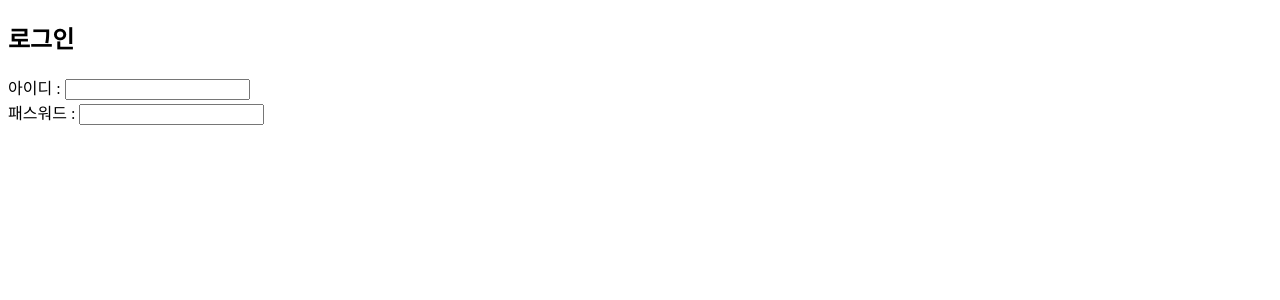
Repository: tnalss/studyWeb
Page: workspace/servlet01/src/main/webapp/WEB-INF/login_form.html
These files come from the project's save history. The page is drawn as it stood at one moment and after the next save; the edit follows.
The browser window is 1280 px wide. The pictures show the whole page.

Above is the page before, as saved 2022-11-10 02:37:02.

After the next save:
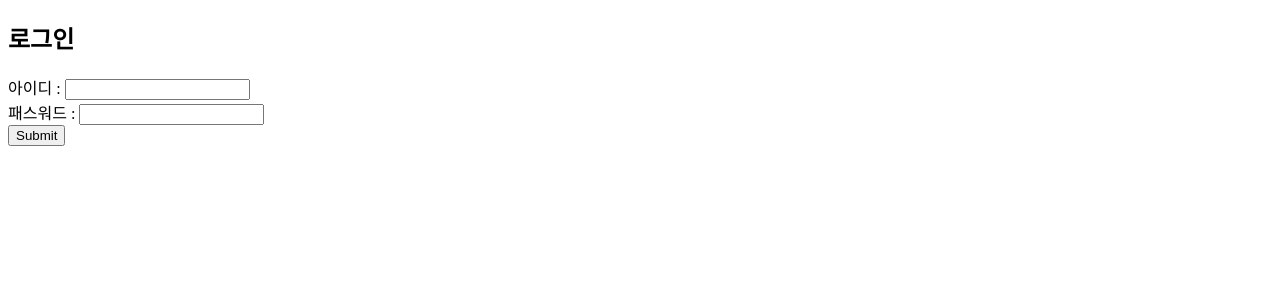
Saved 38 s later.
--- a/workspace/servlet01/src/main/webapp/WEB-INF/login_form.html
+++ b/workspace/servlet01/src/main/webapp/WEB-INF/login_form.html
@@ -14,7 +14,9 @@
 		<div class="">
 			패스워드 : <input type="password" />
 		</div>
-
+		<div class="">
+		<input type="submit" />
+		</div>
 	</form>
 
 
